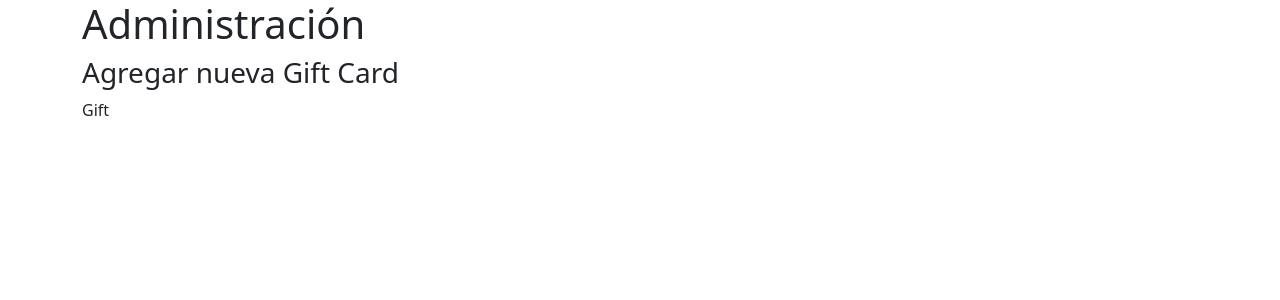
Repository: pedro-donoso/vanilla-js
Page: index.html
The author's editor kept a copy of each file at every save. The page is drawn from the files as they stood at one save, then again after a run of saves.
The browser window is 1280 px wide. The pictures show the whole page.

Above is the page before, as saved 2024-01-31 13:19:22.
Console error: SyntaxError: Unexpected identifier 'assert'

### index.html
<!doctype html>
<html lang="es">

<head>
    <meta charset="utf-8">
    <meta name="viewport" content="width=device-width, initial-scale=1">
    <title>CRUD JavaScript</title>
    <link href="https://cdn.jsdelivr.net/npm/bootstrap@5.3.2/dist/css/bootstrap.min.css" rel="stylesheet"
        integrity="sha384-T3c6CoIi6uLrA9TneNEoa7RxnatzjcDSCmG1MXxSR1GAsXEV/Dwwykc2MPK8M2HN" crossorigin="anonymous">
</head>

<body>

    <div class="container">
        <div class="row">
            <div class="col">
                <h1>Administración</h1>
            </div>
        </div>
        <div class="row">
            <div class="col">
                <h3>Agregar nueva Gift Card</h3>
                <form>
                    <div class="row">
                        <div class="col">
                            <label>Gift</label>
                        </div>
                    </div>
                </form>
            </div>
        </div>
    </div>


    <script src="https://cdn.jsdelivr.net/npm/bootstrap@5.3.2/dist/js/bootstrap.bundle.min.js"
        integrity="sha384-C6RzsynM9kWDrMNeT87bh95OGNyZPhcTNXj1NW7RuBCsyN/o0jlpcV8Qyq46cDfL"
        crossorigin="anonymous"></script>

        <script src="./js/app.js" type="module"></script>

</body>

</html>

### js/app.js
import datos from '../data/data.json' assert{type:"json"};
import {Gift} from './clases'

After the next 2 saves:
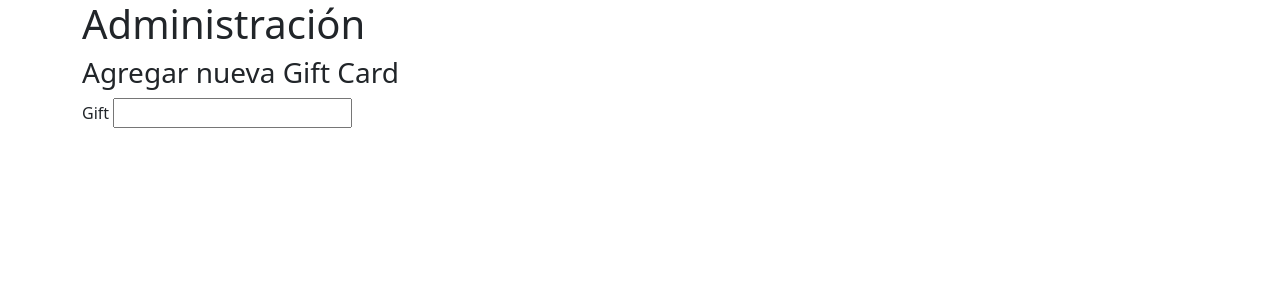
The 2 saves are shown as one change because they came seconds apart.
The last was saved 11 s later.
--- a/index.html
+++ b/index.html
@@ -24,6 +24,7 @@
                     <div class="row">
                         <div class="col">
                             <label>Gift</label>
+                            <input type="text">
                         </div>
                     </div>
                 </form>
